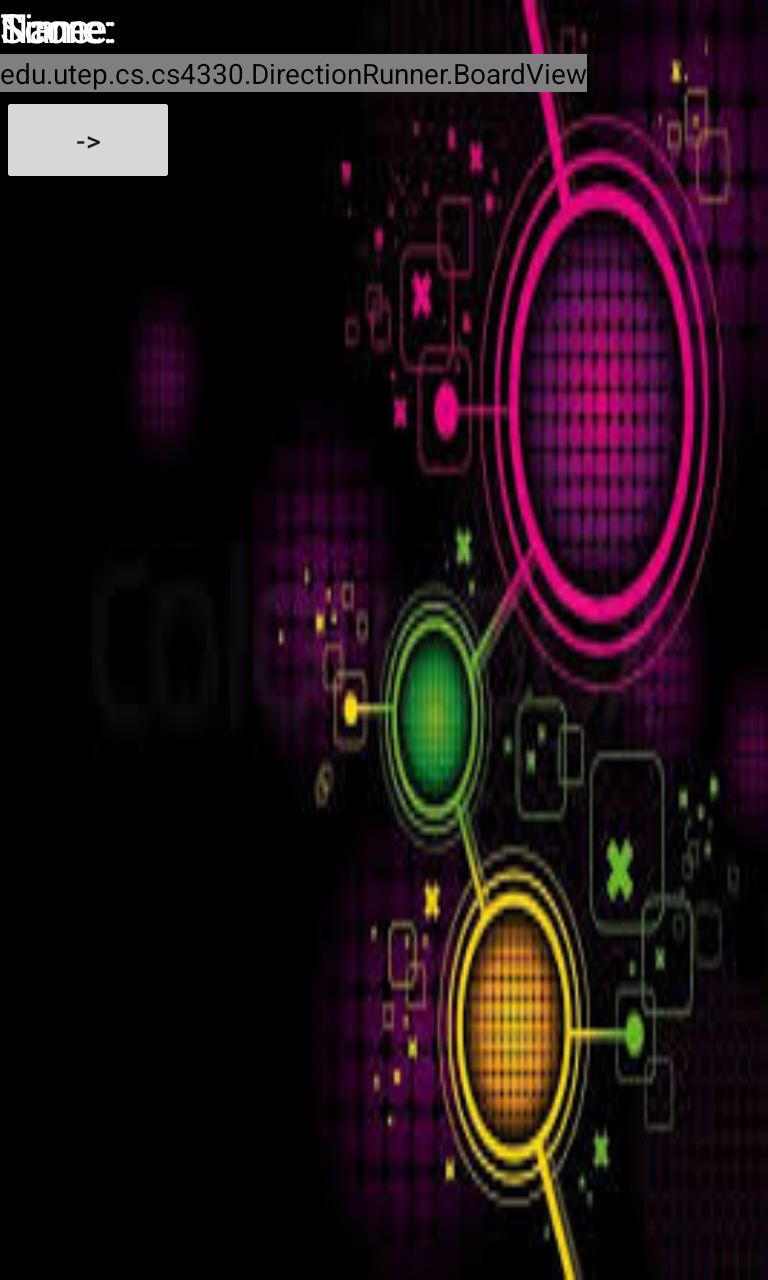
Repository: RedJaVa68/DirectionRunner
Layout: DirectionRunner/res/layout/game_activity.xml
An editor plug-in stored every save of this project. The layout is shown before and after the next save, followed by the edit.
Pictures or frames that could not be fetched are drawn as grey boxes. It is drawn on a 768 x 1280 px phone screen (xhdpi) without system bars, with theme AppTheme; the app's code is not run.

Above is the layout before, as saved 2015-05-06 23:47:35.

### DirectionRunner/res/layout/game_activity.xml
<?xml version="1.0" encoding="utf-8"?>
<ScrollView
    android:layout_width="match_parent"
    android:layout_height="match_parent"
    android:fillViewport="true"
    xmlns:android="http://schemas.android.com/apk/res/android">
<LinearLayout
    android:layout_width="fill_parent"
    android:layout_height="wrap_content"
    android:orientation="vertical"
    android:weightSum="3"
    android:background="@drawable/bg">
    <FrameLayout
        android:layout_width="wrap_content"
        android:layout_height="wrap_content"
        android:orientation="horizontal">
        <TextView
            android:id="@+id/nameText"
            android:layout_width="wrap_content"
            android:layout_height="wrap_content"
            android:text="Name: "
            android:textSize="20sp"
            android:textColor="#ffffff"/>"
        <TextView
            android:id="@+id/scoreText"
            android:layout_width="wrap_content"
            android:layout_height="wrap_content"
            android:text="Score: "
            android:textSize="20sp"
            android:textColor="#ffffff"/>
        <TextView
            android:id="@+id/clock"
            android:layout_width="wrap_content"
            android:layout_height="wrap_content"
            android:text="Time: "
            android:textSize="20sp"
            android:textColor="#ffffff"/>

    </FrameLayout>
    <FrameLayout
        android:layout_width="wrap_content"
        android:layout_height="wrap_content"
        android:orientation="horizontal">
        <edu.utep.cs.cs4330.DirectionRunner.BoardView
        	android:id="@+id/boardView"
        	android:layout_width="wrap_content"
        	android:layout_height="wrap_content"/>
    </FrameLayout>
    <FrameLayout
        android:layout_width="wrap_content"
        android:layout_height="wrap_content"
        android:orientation="horizontal">
        <Button
        	android:id="@+id/button1"
        	android:layout_width="wrap_content"
        	android:layout_height="wrap_content"
        	android:text="->"
        	android:onClick="button1"/>
        <Button
            android:id="@+id/button2"
            android:layout_width="wrap_content"
            android:layout_height="wrap_content"
            android:text="->"
            android:onClick="button2"/>
        <Button
        	android:id="@+id/button3"
        	android:layout_width="wrap_content"
        	android:layout_height="wrap_content"
        	android:text="->"
        	android:onClick="button3"/>
        <Button
            android:id="@+id/button4"
            android:layout_width="wrap_content"
            android:layout_height="wrap_content"
            android:text="->"
            android:onClick="button4"/>
        <Button
        	android:id="@+id/button5"
        	android:layout_width="wrap_content"
        	android:layout_height="wrap_content"
        	android:text="->"
        	android:onClick="button5"/>
    </FrameLayout>
</LinearLayout>
</ScrollView>

Loaded but not shown: DirectionRunner/res/values/styles.xml (common file); DirectionRunner/res/values-v11/styles.xml (common file); DirectionRunner/res/values-v14/styles.xml (common file)

After the next save:
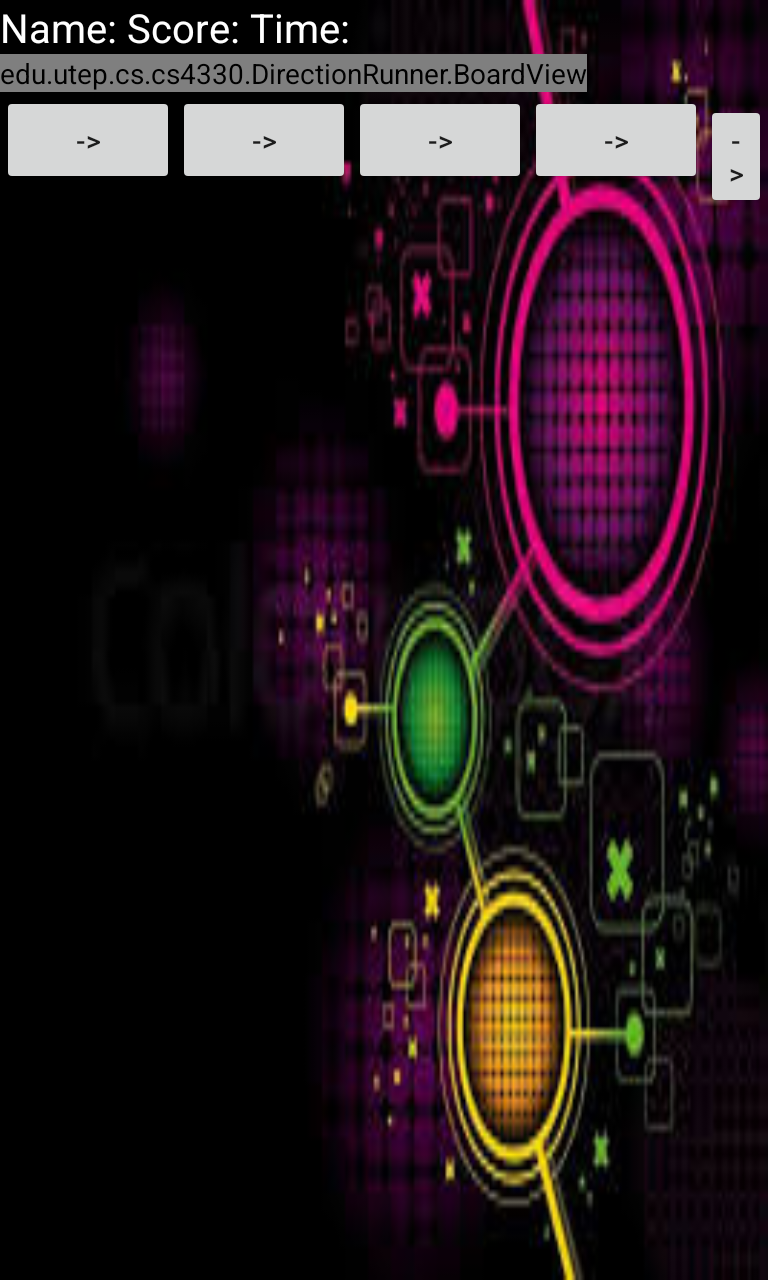
Saved 68 s later.
--- a/DirectionRunner/res/layout/game_activity.xml
+++ b/DirectionRunner/res/layout/game_activity.xml
@@ -10,7 +10,7 @@
     android:orientation="vertical"
     android:weightSum="3"
     android:background="@drawable/bg">
-    <FrameLayout
+    <LinearLayout
         android:layout_width="wrap_content"
         android:layout_height="wrap_content"
         android:orientation="horizontal">
@@ -36,7 +36,7 @@
             android:textSize="20sp"
             android:textColor="#ffffff"/>
 
-    </FrameLayout>
+    </LinearLayout>
     <FrameLayout
         android:layout_width="wrap_content"
         android:layout_height="wrap_content"
@@ -46,7 +46,7 @@
         	android:layout_width="wrap_content"
         	android:layout_height="wrap_content"/>
     </FrameLayout>
-    <FrameLayout
+    <LinearLayout
         android:layout_width="wrap_content"
         android:layout_height="wrap_content"
         android:orientation="horizontal">
@@ -80,6 +80,6 @@
         	android:layout_height="wrap_content"
         	android:text="->"
         	android:onClick="button5"/>
-    </FrameLayout>
+    </LinearLayout>
 </LinearLayout>
 </ScrollView>
